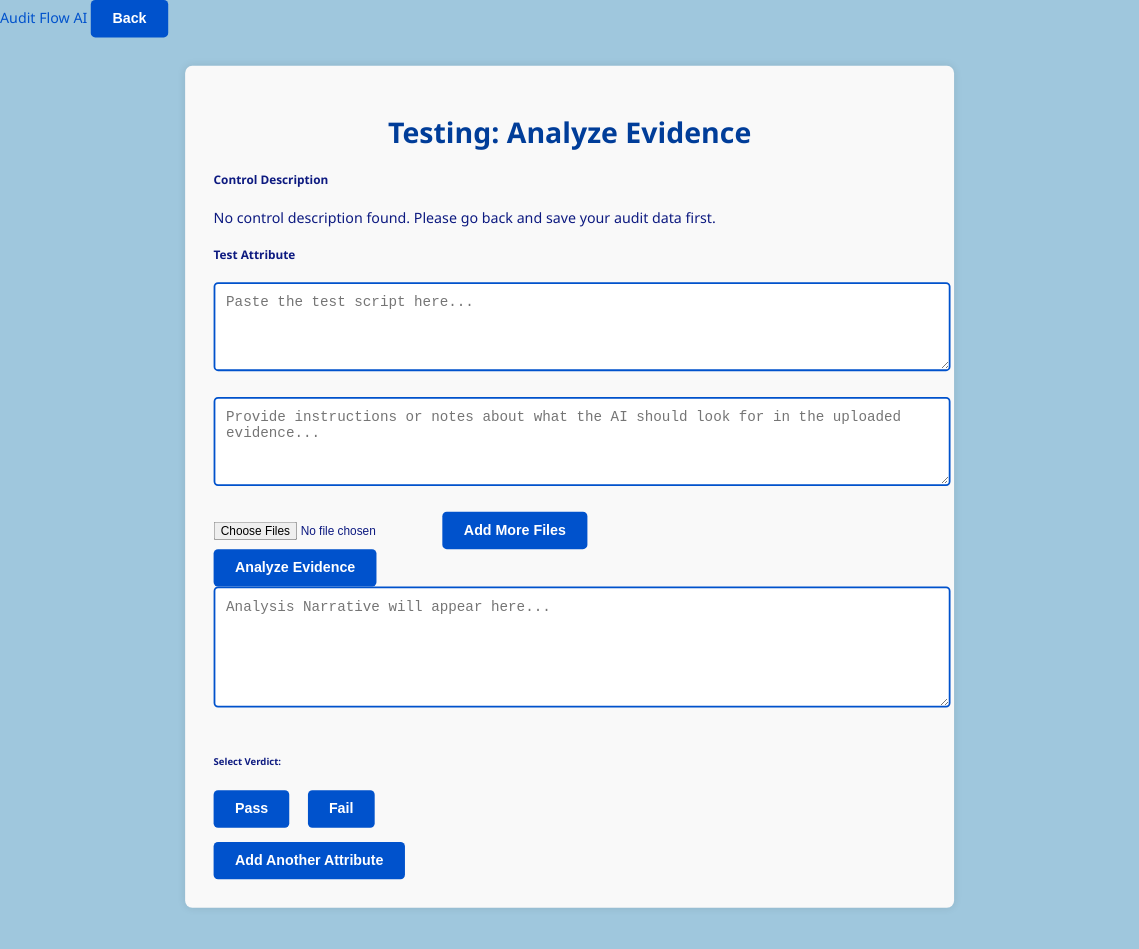
Repository: Adeolaode0/Audit-Flow-AI
Page: http://localhost/testing
An editor plug-in stored every save of this project. The page is shown before and after the next save, followed by the edit.
The browser window is 1280 px wide. The pictures show the whole page, at 89% of full size.
The page is served by the project's application, run on Flask 3 (app.py).

Above is the page before, as saved 2025-07-13 22:54:59.

### templates/testing.html
<!DOCTYPE html>
<html lang="en">
<head>
    <meta charset="UTF-8">
    <meta name="viewport" content="width=device-width, initial-scale=1.0">
    <title>Audit Flow AI - Testing</title>
    <link rel="stylesheet" href="/static/styles.css">
</head>
<body>
    <nav class="navbar">
        <div class="container-fluid">
            <a class="navbar-brand" href="/">Audit Flow AI</a>
            <button id="backButton" class="btn btn-secondary">Back</button>
        </div>
    </nav>
    <div class="container">
        <h1 class="text-center">Testing: Analyze Evidence</h1>

        <!-- Control Description Section -->
        <div class="card mb-3">
            <div class="card-body">
                <h5 class="card-title">Control Description</h5>
                <p id="controlDescriptionDisplay" class="card-text">Loading control description...</p>
            </div>
        </div>

        <!-- Test Attributes Container -->
        <div id="testAttributesContainer">
            <!-- Initial Test Attribute -->
            <div class="test-attribute card mb-3">
                <div class="card-body">
                    <h5 class="card-title">Test Attribute</h5>
                    <textarea class="testScript form-control mb-3" rows="4" placeholder="Paste the test script here..."></textarea>
                    <textarea class="evidenceSummary form-control mb-3" rows="4" placeholder="Provide instructions or notes about what the AI should look for in the uploaded evidence..."></textarea>
                    <div class="fileUploadContainer">
                        <input type="file" class="form-control mb-3" name="evidence" multiple>
                        <button class="addFileButton btn btn-secondary">Add More Files</button>
                    </div>
                    <button class="analyzeButton btn btn-primary">Analyze Evidence</button>
                    <textarea class="analysisNarrative form-control mb-3" rows="6" readonly placeholder="Analysis Narrative will appear here..."></textarea>

                    <!-- Manual Verdict Selection -->
                    <div class="verdict-section mt-3">
                        <h6>Select Verdict:</h6>
                        <div class="verdict-buttons mb-3">
                            <button class="passButton btn btn-success me-2">Pass</button>
                            <button class="failButton btn btn-danger">Fail</button>
                        </div>
                        <p class="verdict text-center font-weight-bold"></p>
                    </div>
                </div>
            </div>
        </div>

        <!-- Add Another Attribute Button -->
        <button id="addAttributeButton" class="btn btn-secondary">Add Another Attribute</button>
    </div>
    <script>
        // Load control description from localStorage on page load
        window.addEventListener("load", () => {
            const savedData = localStorage.getItem("auditData");
            if (savedData) {
                try {
                    const data = JSON.parse(savedData);
                    const controlDescription = data.control_description || "No control description available.";
                    document.getElementById("controlDescriptionDisplay").innerText = controlDescription;
                } catch (error) {
                    console.error("Error loading saved data:", error);
                    document.getElementById("controlDescriptionDisplay").innerText = "Error loading control description.";
                }
            } else {
                document.getElementById("controlDescriptionDisplay").innerText = "No control description found. Please go back and save your audit data first.";
            }
        });

        // Navigate back to the previous page
        document.getElementById("backButton").addEventListener("click", () => {
            window.location.href = "/";
        });

        // Function to handle evidence analysis
        async function analyzeEvidence(testAttribute) {
            const testScript = testAttribute.querySelector(".testScript").value.trim();
            const evidenceSummary = testAttribute.querySelector(".evidenceSummary").value.trim();
            const fileUploadContainer = testAttribute.querySelector(".fileUploadContainer");
            const files = fileUploadContainer.querySelectorAll("input[type='file']");
            const analyzeButton = testAttribute.querySelector(".analyzeButton");

            // Validation
            if (!testScript) {
                alert("Please enter a test script.");
                return;
            }
            if (!evidenceSummary) {
                alert("Please enter evidence summary/instructions.");
                return;
            }

            // Check if any files are selected
            let hasFiles = false;
            files.forEach(fileInput => {
                if (fileInput.files.length > 0) {
                    hasFiles = true;
                }
            });

            if (!hasFiles) {
                alert("Please upload at least one evidence file.");
                return;
            }

            const formData = new FormData();

            // Add test script and evidence summary to the form data
            formData.append("test_script", testScript);
            formData.append("evidence_summary", evidenceSummary);

            // Add files to the form data
            files.forEach(fileInput => {
                Array.from(fileInput.files).forEach(file => {
                    formData.append("evidence", file);
                });
            });

            // Show loading state
            analyzeButton.disabled = true;
            analyzeButton.textContent = "Analyzing...";

            try {
                const response = await fetch("/api/analyze-evidence", {
                    method: "POST",
                    body: formData
                });

                const data = await response.json();

                if (data.analysis) {
                    testAttribute.querySelector(".analysisNarrative").value = data.analysis;
                    // Show the verdict buttons after analysis
                    testAttribute.querySelector(".verdict-section").style.display = "block";
                } else {
                    alert(data.error || "Failed to analyze evidence.");
                }
            } catch (error) {
                alert("Error: " + error.message);
            } finally {
                // Reset button state
                analyzeButton.disabled = false;
                analyzeButton.textContent = "Analyze Evidence";
            }
        }

        // Function to set verdict
        function setVerdict(testAttribute, verdict) {
            const verdictElement = testAttribute.querySelector(".verdict");
            const passButton = testAttribute.querySelector(".passButton");
            const failButton = testAttribute.querySelector(".failButton");

            // Reset button states
            passButton.classList.remove("btn-outline-success");
            passButton.classList.add("btn-success");
            failButton.classList.remove("btn-outline-danger");
            failButton.classList.add("btn-danger");

            if (verdict === "Pass") {
                passButton.classList.remove("btn-success");
                passButton.classList.add("btn-outline-success");
                verdictElement.innerHTML = `Final Verdict: <span class="badge bg-success">Pass</span>`;
            } else {
                failButton.classList.remove("btn-danger");
                failButton.classList.add("btn-outline-danger");
                verdictElement.innerHTML = `Final Verdict: <span class="badge bg-danger">Fail</span>`;
            }
        }

        // Add event listeners for the initial test attribute
        document.addEventListener("DOMContentLoaded", function() {
            // Add event listener for the initial Analyze Evidence button
            document.querySelector(".analyzeButton").addEventListener("click", async (event) => {
                event.preventDefault();
                const testAttribute = event.target.closest(".test-attribute");
                await analyzeEvidence(testAttribute);
            });

            // Add event listener for the first Add More Files button
            document.querySelector(".addFileButton").addEventListener("click", (event) => {
                event.preventDefault();
                const fileUploadContainer = event.target.closest(".fileUploadContainer");
                const newFileInput = document.createElement("input");
                newFileInput.type = "file";
                newFileInput.className = "form-control mb-3";
                newFileInput.name = "evidence";
                fileUploadContainer.appendChild(newFileInput);
            });

            // Add event listeners for Pass/Fail buttons
            document.querySelector(".passButton").addEventListener("click", (event) => {
                const testAttribute = event.target.closest(".test-attribute");
                setVerdict(testAttribute, "Pass");
            });

            document.querySelector(".failButton").addEventListener("click", (event) => {
                const testAttribute = event.target.closest(".test-attribute");
                setVerdict(testAttribute, "Fail");
            });
        });

        // Add Another Test Attribute
        document.getElementById("addAttributeButton").addEventListener("click", () => {
            const testAttributesContainer = document.getElementById("testAttributesContainer");
            const newAttribute = document.createElement("div");
            newAttribute.className = "test-attribute card mb-3";
            newAttribute.innerHTML = `
                <div class="card-body">
                    <h5 class="card-title">Test Attribute</h5>
                    <textarea class="testScript form-control mb-3" rows="4" placeholder="Paste the test script here..."></textarea>
                    <textarea class="evidenceSummary form-control mb-3" rows="4" placeholder="Provide instructions or notes about what the AI should look for in the uploaded evidence..."></textarea>
                    <div class="fileUploadContainer">
                        <input type="file" class="form-control mb-3" name="evidence" multiple>
                        <button class="addFileButton btn btn-secondary">Add More Files</button>
                    </div>
                    <button class="analyzeButton btn btn-primary">Analyze Evidence</button>
                    <textarea class="analysisNarrative form-control mb-3" rows="6" readonly placeholder="Analysis Narrative will appear here..."></textarea>

                    <!-- Manual Verdict Selection -->
                    <div class="verdict-section mt-3">
                        <h6>Select Verdict:</h6>
                        <div class="verdict-buttons mb-3">
                            <button class="passButton btn btn-success me-2">Pass</button>
                            <button class="failButton btn btn-danger">Fail</button>
                        </div>
                        <p class="verdict text-center font-weight-bold"></p>
                    </div>
                </div>
            `;
            testAttributesContainer.appendChild(newAttribute);

            // Add event listener for the new Analyze Evidence button
            const analyzeButton = newAttribute.querySelector(".analyzeButton");
            analyzeButton.addEventListener("click", async (event) => {
                event.preventDefault();
                await analyzeEvidence(newAttribute);
            });

            // Add event listener for adding more file upload fields
            const addFileButton = newAttribute.querySelector(".addFileButton");
            addFileButton.addEventListener("click", (event) => {
                event.preventDefault();
                const fileUploadContainer = event.target.closest(".fileUploadContainer");
                const newFileInput = document.createElement("input");
                newFileInput.type = "file";
                newFileInput.className = "form-control mb-3";
                newFileInput.name = "evidence";
                fileUploadContainer.appendChild(newFileInput);
            });

            // Add event listeners for Pass/Fail buttons
            const passButton = newAttribute.querySelector(".passButton");
            passButton.addEventListener("click", (event) => {
                const testAttribute = event.target.closest(".test-attribute");
                setVerdict(testAttribute, "Pass");
            });

            const failButton = newAttribute.querySelector(".failButton");
            failButton.addEventListener("click", (event) => {
                const testAttribute = event.target.closest(".test-attribute");
                setVerdict(testAttribute, "Fail");
            });
        });
    </script>
</body>
</html>

### static/styles.css
body {
    background-color: #9fc7dd;
    color: #0d1a80;
    font-family: 'Segoe UI', Tahoma, sans-serif;
    margin: 0;
    padding: 0;
  }

  header, footer {
    background-color: #0052cc;
    color: white;
    text-align: center;
    padding: 1rem;
    font-size: 1.5rem;
    font-weight: bold;
  }

  .container {
    max-width: 800px;
    margin: 2rem auto;
    padding: 2rem;
    background-color: #f9f9f9;
    border-radius: 8px;
    box-shadow: 0 0 10px rgba(0,0,0,0.1);
  }

  h1, h2 {
    text-align: center;
    color: #003d99;
    margin-bottom: 1rem;
  }

  label {
    font-weight: 600;
    display: block;
    margin-bottom: 0.5rem;
    color: #0d1a80;
  }

  textarea, select, input[type="text"] {
    width: 100%;
    padding: 0.75rem;
    border: 2px solid #0052cc;
    border-radius: 5px;
    margin-bottom: 1.5rem;
    font-size: 1rem;
  }

  textarea:focus, select:focus, input[type="text"]:focus {
    outline: none;
    border-color: #003d99;
    box-shadow: 0 0 6px rgba(0, 82, 204, 0.3);
  }

  button, input[type="submit"] {
    background-color: #0052cc;
    color: white;
    border: none;
    padding: 0.75rem 1.5rem;
    font-size: 1rem;
    font-weight: bold;
    border-radius: 5px;
    cursor: pointer;
    transition: background-color 0.3s ease;
    margin-right: 1rem;
  }

  button:hover, input[type="submit"]:hover {
    background-color: #003d99;
  }

  .alert {
    padding: 1rem;
    border-radius: 5px;
    margin-top: 1rem;
  }

  .alert-info {
    background-color: #e7f0fe;
    border-left: 5px solid #0052cc;
    color: #004080;
  }

  .alert-success {
    background-color: #e6f4ea;
    border-left: 5px solid #2e7d32;
    color: #1b5e20;
  }

  a {
    color: #0052cc;
    text-decoration: none;
  }

  a:hover {
    text-decoration: underline;
  }

  .nav-links {
    text-align: center;
    margin-bottom: 2rem;
  }

Loaded but not shown: app.py (121 lines, source omitted)

After the next save:
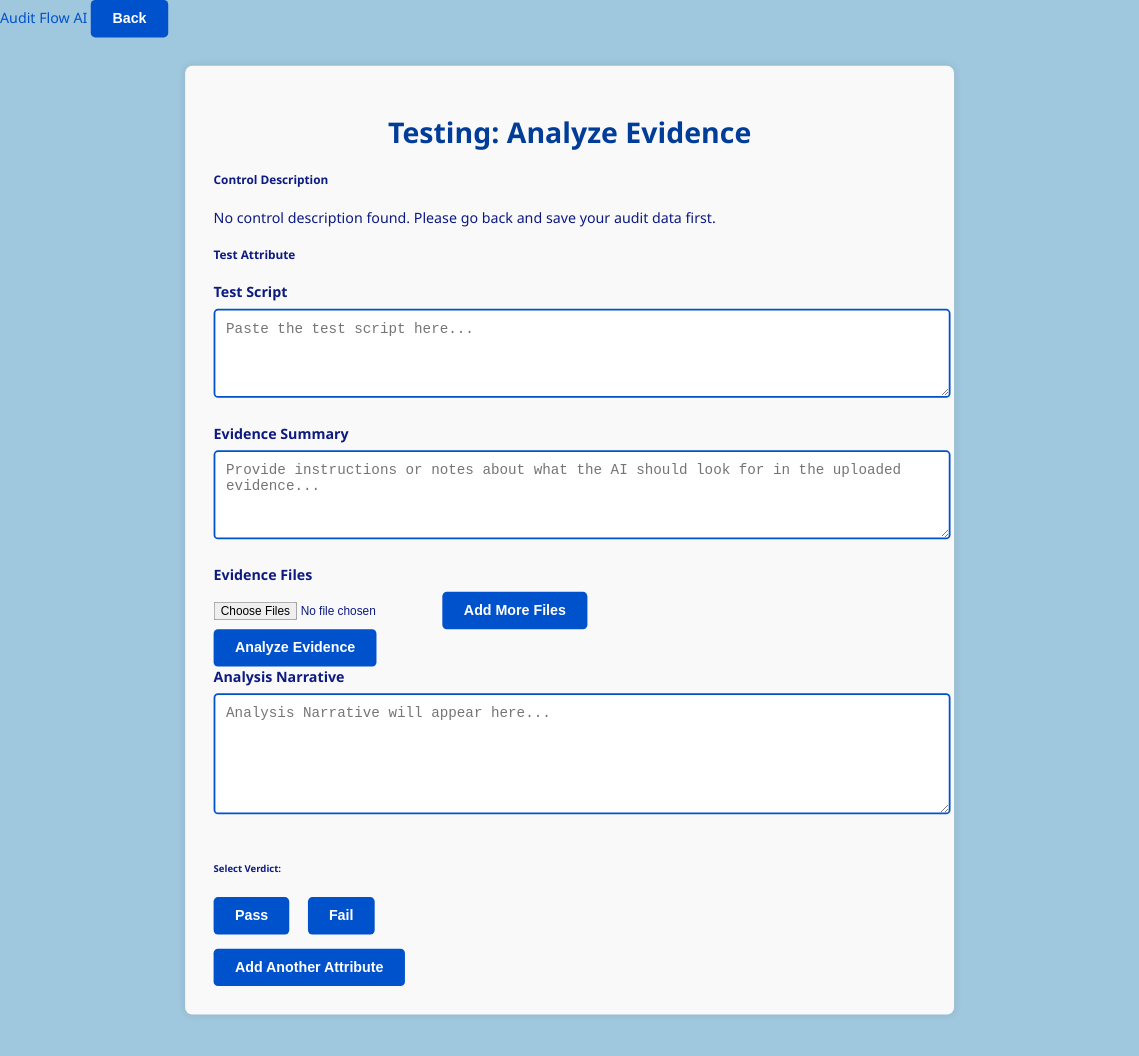
Saved 2 min 18 s later.
--- a/templates/testing.html
+++ b/templates/testing.html
@@ -30,14 +30,35 @@
             <div class="test-attribute card mb-3">
                 <div class="card-body">
                     <h5 class="card-title">Test Attribute</h5>
-                    <textarea class="testScript form-control mb-3" rows="4" placeholder="Paste the test script here..."></textarea>
-                    <textarea class="evidenceSummary form-control mb-3" rows="4" placeholder="Provide instructions or notes about what the AI should look for in the uploaded evidence..."></textarea>
-                    <div class="fileUploadContainer">
-                        <input type="file" class="form-control mb-3" name="evidence" multiple>
-                        <button class="addFileButton btn btn-secondary">Add More Files</button>
-                    </div>
+
+                    <!-- Test Script -->
+                    <div class="mb-3">
+                        <label class="form-label"><strong>Test Script</strong></label>
+                        <textarea class="testScript form-control" rows="4" placeholder="Paste the test script here..."></textarea>
+                    </div>
+
+                    <!-- Evidence Summary -->
+                    <div class="mb-3">
+                        <label class="form-label"><strong>Evidence Summary</strong></label>
+                        <textarea class="evidenceSummary form-control" rows="4" placeholder="Provide instructions or notes about what the AI should look for in the uploaded evidence..."></textarea>
+                    </div>
+
+                    <!-- File Upload -->
+                    <div class="mb-3">
+                        <label class="form-label"><strong>Evidence Files</strong></label>
+                        <div class="fileUploadContainer">
+                            <input type="file" class="form-control mb-3" name="evidence" multiple>
+                            <button class="addFileButton btn btn-secondary">Add More Files</button>
+                        </div>
+                    </div>
+
                     <button class="analyzeButton btn btn-primary">Analyze Evidence</button>
-                    <textarea class="analysisNarrative form-control mb-3" rows="6" readonly placeholder="Analysis Narrative will appear here..."></textarea>
+
+                    <!-- Analysis Results -->
+                    <div class="mb-3 mt-3">
+                        <label class="form-label"><strong>Analysis Narrative</strong></label>
+                        <textarea class="analysisNarrative form-control" rows="6" readonly placeholder="Analysis Narrative will appear here..."></textarea>
+                    </div>
 
                     <!-- Manual Verdict Selection -->
                     <div class="verdict-section mt-3">
@@ -213,14 +234,35 @@
             newAttribute.innerHTML = `
                 <div class="card-body">
                     <h5 class="card-title">Test Attribute</h5>
-                    <textarea class="testScript form-control mb-3" rows="4" placeholder="Paste the test script here..."></textarea>
-                    <textarea class="evidenceSummary form-control mb-3" rows="4" placeholder="Provide instructions or notes about what the AI should look for in the uploaded evidence..."></textarea>
-                    <div class="fileUploadContainer">
-                        <input type="file" class="form-control mb-3" name="evidence" multiple>
-                        <button class="addFileButton btn btn-secondary">Add More Files</button>
-                    </div>
+
+                    <!-- Test Script -->
+                    <div class="mb-3">
+                        <label class="form-label"><strong>Test Script</strong></label>
+                        <textarea class="testScript form-control" rows="4" placeholder="Paste the test script here..."></textarea>
+                    </div>
+
+                    <!-- Evidence Summary -->
+                    <div class="mb-3">
+                        <label class="form-label"><strong>Evidence Summary</strong></label>
+                        <textarea class="evidenceSummary form-control" rows="4" placeholder="Provide instructions or notes about what the AI should look for in the uploaded evidence..."></textarea>
+                    </div>
+
+                    <!-- File Upload -->
+                    <div class="mb-3">
+                        <label class="form-label"><strong>Evidence Files</strong></label>
+                        <div class="fileUploadContainer">
+                            <input type="file" class="form-control mb-3" name="evidence" multiple>
+                            <button class="addFileButton btn btn-secondary">Add More Files</button>
+                        </div>
+                    </div>
+
                     <button class="analyzeButton btn btn-primary">Analyze Evidence</button>
-                    <textarea class="analysisNarrative form-control mb-3" rows="6" readonly placeholder="Analysis Narrative will appear here..."></textarea>
+
+                    <!-- Analysis Results -->
+                    <div class="mb-3 mt-3">
+                        <label class="form-label"><strong>Analysis Narrative</strong></label>
+                        <textarea class="analysisNarrative form-control" rows="6" readonly placeholder="Analysis Narrative will appear here..."></textarea>
+                    </div>
 
                     <!-- Manual Verdict Selection -->
                     <div class="verdict-section mt-3">
